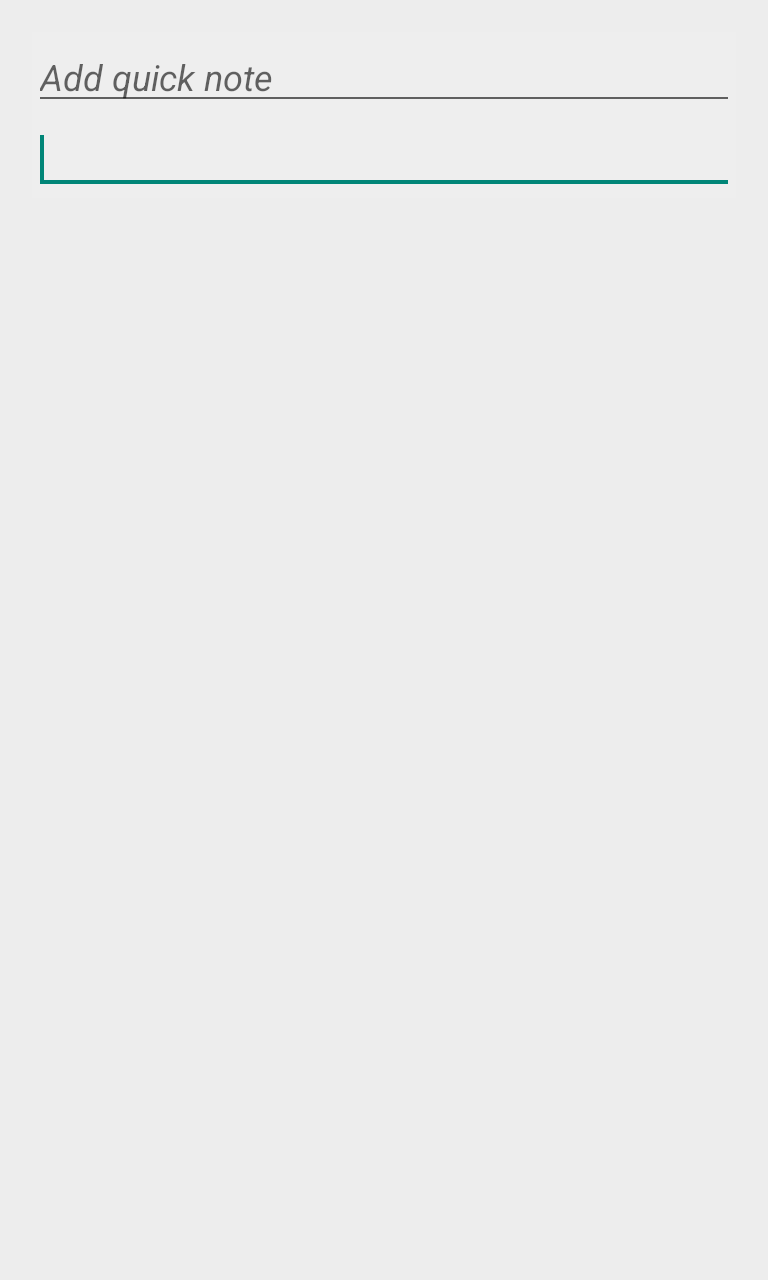
Repository: ishwormali/practices
Layout: Android/GoogleKeep/GoogleKeep/res/layout/fragment_main.xml
These files come from the project's save history. The layout is drawn as it stood at one moment and after the next save; the edit follows.
It is drawn on a 768 x 1280 px phone screen (xhdpi) without system bars, with theme Theme.Orangeboom; the app's code is not run.

Above is the layout before, as saved 2014-04-01 05:16:12.

### Android/GoogleKeep/GoogleKeep/res/layout/fragment_main.xml
<RelativeLayout xmlns:android="http://schemas.android.com/apk/res/android"
    xmlns:tools="http://schemas.android.com/tools"
    android:layout_width="match_parent"
    android:layout_height="match_parent"
    android:paddingBottom="@dimen/activity_vertical_margin"
    android:paddingLeft="@dimen/activity_horizontal_margin"
    android:paddingRight="@dimen/activity_horizontal_margin"
    android:paddingTop="@dimen/activity_vertical_margin"
    tools:context="com.practices.googlekeep.MainActivity$PlaceholderFragment"
    android:background="@color/main_background"
      >

    <LinearLayout
        android:layout_width="match_parent"
        android:layout_height="wrap_content"
        android:layout_alignParentTop="true"
        android:layout_centerHorizontal="true"
        android:background="@drawable/area_container"
        android:orientation="vertical" >

        <EditText
            android:id="@+id/text_quicknote"
            android:layout_width="match_parent"
            android:layout_height="wrap_content"
            android:ems="10"  android:hint="@string/add_quick_note" android:textColor="#F7F7F7" >

            <requestFocus />
        </EditText>
        <EditText
            android:id="@+id/text_quicknote2"
            android:layout_width="match_parent"
            android:layout_height="wrap_content"
            android:ems="10" >

            <requestFocus />
        </EditText>
    </LinearLayout>

</RelativeLayout>

### Android/GoogleKeep/GoogleKeep/res/values-v14/themes.xml
<?xml version="1.0" encoding="utf-8"?>
<!-- File created by the Android Action Bar Style Generator

     Copyright (C) 2011 The Android Open Source Project
     Copyright (C) 2012 readyState Software Ltd

     Licensed under the Apache License, Version 2.0 (the "License");
     you may not use this file except in compliance with the License.
     You may obtain a copy of the License at

          http://www.apache.org/licenses/LICENSE-2.0

     Unless required by applicable law or agreed to in writing, software
     distributed under the License is distributed on an "AS IS" BASIS,
     WITHOUT WARRANTIES OR CONDITIONS OF ANY KIND, either express or implied.
     See the License for the specific language governing permissions and
     limitations under the License.
-->

<resources xmlns:android="http://schemas.android.com/apk/res/android">

    <style name="Theme.Orangeboom" parent="@style/Theme.AppCompat.Light">
        <item name="android:actionBarItemBackground">@drawable/selectable_background_orangeboom</item>
        <item name="android:popupMenuStyle">@style/PopupMenu.Orangeboom</item>
        <item name="android:dropDownListViewStyle">@style/DropDownListView.Orangeboom</item>
        <item name="android:actionBarTabStyle">@style/ActionBarTabStyle.Orangeboom</item>
        <item name="android:actionDropDownStyle">@style/DropDownNav.Orangeboom</item>
        <item name="android:actionBarStyle">@style/ActionBar.Solid.Orangeboom</item>
        <item name="android:actionModeBackground">@drawable/cab_background_top_orangeboom</item>
        <item name="android:actionModeSplitBackground">@drawable/cab_background_bottom_orangeboom</item>
        <item name="android:actionModeCloseButtonStyle">@style/ActionButton.CloseMode.Orangeboom</item>
         <item name="actionMenuTextColor">@android:color/white</item>

    </style>

    <style name="ActionBar.Solid.Orangeboom" parent="@style/Widget.AppCompat.Light.ActionBar.Solid">
        <item name="android:background">@drawable/ab_solid_orangeboom</item>
        <item name="android:backgroundStacked">@drawable/ab_stacked_solid_orangeboom</item>
        <item name="android:backgroundSplit">@drawable/ab_bottom_solid_orangeboom</item>
        <item name="android:progressBarStyle">@style/ProgressBar.Orangeboom</item>
       <item name="android:titleTextStyle">@style/ActionBar.TextStyle.Orangeboom</item>
<!--        <item name="android:logo">@drawable/text_x_todo</item> -->
    </style>

    <style name="ActionBar.TextStyle.Orangeboom"
           parent="@style/TextAppearance.AppCompat.Widget.ActionBar.Title">
        <item name="android:textColor">@android:color/white</item>
    </style>

    <style name="ActionBar.Transparent.Orangeboom" parent="@style/Widget.AppCompat.Light.ActionBar">
        <item name="android:background">@drawable/ab_transparent_orangeboom</item>
        <item name="android:progressBarStyle">@style/ProgressBar.Orangeboom</item>
    </style>

    <!-- this style is only referenced in a Light.DarkActionBar based theme -->
    <style name="Theme.Orangeboom.Widget" parent="@style/Theme.AppCompat">
        <item name="android:popupMenuStyle">@style/PopupMenu.Orangeboom</item>
        <item name="android:dropDownListViewStyle">@style/DropDownListView.Orangeboom</item>
    </style>

</resources>

### Android/GoogleKeep/GoogleKeep/res/values/themes.xml
<?xml version="1.0" encoding="utf-8"?>
<!-- File created by the Android Action Bar Style Generator

     Copyright (C) 2011 The Android Open Source Project
     Copyright (C) 2012 readyState Software Ltd

     Licensed under the Apache License, Version 2.0 (the "License");
     you may not use this file except in compliance with the License.
     You may obtain a copy of the License at

          http://www.apache.org/licenses/LICENSE-2.0

     Unless required by applicable law or agreed to in writing, software
     distributed under the License is distributed on an "AS IS" BASIS,
     WITHOUT WARRANTIES OR CONDITIONS OF ANY KIND, either express or implied.
     See the License for the specific language governing permissions and
     limitations under the License.
-->

<resources xmlns:android="http://schemas.android.com/apk/res/android">

    <style name="Theme.Orangeboom" parent="@style/Theme.AppCompat.Light">
        <item name="actionBarItemBackground">@drawable/selectable_background_orangeboom</item>
        <item name="popupMenuStyle">@style/PopupMenu.Orangeboom</item>
        <item name="dropDownListViewStyle">@style/DropDownListView.Orangeboom</item>
        <item name="actionBarTabStyle">@style/ActionBarTabStyle.Orangeboom</item>
        <item name="actionDropDownStyle">@style/DropDownNav.Orangeboom</item>
        <item name="actionBarStyle">@style/ActionBar.Solid.Orangeboom</item>
        <item name="actionModeBackground">@drawable/cab_background_top_orangeboom</item>
        <item name="actionModeSplitBackground">@drawable/cab_background_bottom_orangeboom</item>
        <item name="actionModeCloseButtonStyle">@style/ActionButton.CloseMode.Orangeboom</item>
 <item name="actionMenuTextColor">@android:color/white</item>


    </style>

    <style name="ActionBar.Solid.Orangeboom" parent="@style/Widget.AppCompat.Light.ActionBar.Solid">
        <item name="background">@drawable/ab_solid_orangeboom</item>
        <item name="backgroundStacked">@drawable/ab_stacked_solid_orangeboom</item>
        <item name="backgroundSplit">@drawable/ab_bottom_solid_orangeboom</item>
        <item name="progressBarStyle">@style/ProgressBar.Orangeboom</item>
         <item name="titleTextStyle">@style/ActionBar.TextStyle.Orangeboom</item>
<!--          <item name="logo">@drawable/text_x_todo</item> -->
    </style>

     <style name="ActionBar.TextStyle.Orangeboom"
           parent="@style/TextAppearance.AppCompat.Widget.ActionBar.Title">
        <item name="android:textColor">@android:color/white</item>
    </style>

    <style name="ActionBar.Transparent.Orangeboom" parent="@style/Widget.AppCompat.Light.ActionBar">
        <item name="background">@drawable/ab_transparent_orangeboom</item>
        <item name="progressBarStyle">@style/ProgressBar.Orangeboom</item>
    </style>

    <style name="PopupMenu.Orangeboom" parent="@style/Widget.AppCompat.Light.PopupMenu">
        <item name="android:popupBackground">@drawable/menu_dropdown_panel_orangeboom</item>
    </style>

    <style name="DropDownListView.Orangeboom" parent="@style/Widget.AppCompat.Light.ListView.DropDown">
        <item name="android:listSelector">@drawable/selectable_background_orangeboom</item>
    </style>

    <style name="ActionBarTabStyle.Orangeboom" parent="@style/Widget.AppCompat.Light.ActionBar.TabView">
        <item name="android:background">@drawable/tab_indicator_ab_orangeboom</item>
        <item name="android:textColor">@android:color/white</item>
    </style>

    <style name="DropDownNav.Orangeboom" parent="@style/Widget.AppCompat.Light.Spinner.DropDown.ActionBar">
        <item name="android:background">@drawable/spinner_background_ab_orangeboom</item>
        <item name="android:popupBackground">@drawable/menu_dropdown_panel_orangeboom</item>
        <item name="android:dropDownSelector">@drawable/selectable_background_orangeboom</item>
    </style>

    <style name="ProgressBar.Orangeboom" parent="@style/Widget.AppCompat.ProgressBar.Horizontal">
        <item name="android:progressDrawable">@drawable/progress_horizontal_orangeboom</item>
    </style>

    <style name="ActionButton.CloseMode.Orangeboom" parent="@style/Widget.AppCompat.Light.ActionButton.CloseMode">
        <item name="android:background">@drawable/btn_cab_done_orangeboom</item>
    </style>

    <!-- this style is only referenced in a Light.DarkActionBar based theme -->
    <style name="Theme.Orangeboom.Widget" parent="@style/Theme.AppCompat">
        <item name="popupMenuStyle">@style/PopupMenu.Orangeboom</item>
        <item name="dropDownListViewStyle">@style/DropDownListView.Orangeboom</item>
    </style>

</resources>

### Android/GoogleKeep/GoogleKeep/res/drawable/selectable_background_orangeboom.xml
<?xml version="1.0" encoding="utf-8"?>
<!-- File created by the Android Action Bar Style Generator

     Copyright (C) 2011 The Android Open Source Project
     Copyright (C) 2012 readyState Software Ltd

     Licensed under the Apache License, Version 2.0 (the "License");
     you may not use this file except in compliance with the License.
     You may obtain a copy of the License at

          http://www.apache.org/licenses/LICENSE-2.0

     Unless required by applicable law or agreed to in writing, software
     distributed under the License is distributed on an "AS IS" BASIS,
     WITHOUT WARRANTIES OR CONDITIONS OF ANY KIND, either express or implied.
     See the License for the specific language governing permissions and
     limitations under the License.
-->

<selector xmlns:android="http://schemas.android.com/apk/res/android"
        android:exitFadeDuration="@android:integer/config_mediumAnimTime" >
    <item android:state_pressed="false" android:state_focused="true" android:drawable="@drawable/list_focused_orangeboom" />
    <item android:state_pressed="true" android:drawable="@drawable/list_pressed_orangeboom" />
    <item android:drawable="@android:color/transparent" />
</selector>

### Android/GoogleKeep/GoogleKeep/res/drawable/btn_cab_done_orangeboom.xml
<?xml version="1.0" encoding="utf-8"?>
<!-- File created by the Android Action Bar Style Generator

     Copyright (C) 2011 The Android Open Source Project
     Copyright (C) 2012 readyState Software Ltd

     Licensed under the Apache License, Version 2.0 (the "License");
     you may not use this file except in compliance with the License.
     You may obtain a copy of the License at

          http://www.apache.org/licenses/LICENSE-2.0

     Unless required by applicable law or agreed to in writing, software
     distributed under the License is distributed on an "AS IS" BASIS,
     WITHOUT WARRANTIES OR CONDITIONS OF ANY KIND, either express or implied.
     See the License for the specific language governing permissions and
     limitations under the License.
-->

<selector xmlns:android="http://schemas.android.com/apk/res/android">
    <item android:state_pressed="true"
        android:drawable="@drawable/btn_cab_done_pressed_orangeboom" />
    <item android:state_focused="true" android:state_enabled="true"
        android:drawable="@drawable/btn_cab_done_focused_orangeboom" />
    <item android:state_enabled="true"
        android:drawable="@drawable/btn_cab_done_default_orangeboom" />
</selector>

### Android/GoogleKeep/GoogleKeep/res/drawable/progress_horizontal_orangeboom.xml
<?xml version="1.0" encoding="utf-8"?>
<!-- File created by the Android Action Bar Style Generator

     Copyright (C) 2011 The Android Open Source Project
     Copyright (C) 2012 readyState Software Ltd

     Licensed under the Apache License, Version 2.0 (the "License");
     you may not use this file except in compliance with the License.
     You may obtain a copy of the License at

          http://www.apache.org/licenses/LICENSE-2.0

     Unless required by applicable law or agreed to in writing, software
     distributed under the License is distributed on an "AS IS" BASIS,
     WITHOUT WARRANTIES OR CONDITIONS OF ANY KIND, either express or implied.
     See the License for the specific language governing permissions and
     limitations under the License.
-->

<layer-list xmlns:android="http://schemas.android.com/apk/res/android">

    <item android:id="@android:id/background"
          android:drawable="@drawable/progress_bg_orangeboom" />

    <item android:id="@android:id/secondaryProgress">
        <scale android:scaleWidth="100%"
               android:drawable="@drawable/progress_secondary_orangeboom" />
    </item>

    <item android:id="@android:id/progress">
        <scale android:scaleWidth="100%"
               android:drawable="@drawable/progress_primary_orangeboom" />
    </item>

</layer-list>

### Android/GoogleKeep/GoogleKeep/res/drawable/spinner_background_ab_orangeboom.xml
<?xml version="1.0" encoding="utf-8"?>
<!-- File created by the Android Action Bar Style Generator

     Copyright (C) 2011 The Android Open Source Project
     Copyright (C) 2012 readyState Software Ltd

     Licensed under the Apache License, Version 2.0 (the "License");
     you may not use this file except in compliance with the License.
     You may obtain a copy of the License at

          http://www.apache.org/licenses/LICENSE-2.0

     Unless required by applicable law or agreed to in writing, software
     distributed under the License is distributed on an "AS IS" BASIS,
     WITHOUT WARRANTIES OR CONDITIONS OF ANY KIND, either express or implied.
     See the License for the specific language governing permissions and
     limitations under the License.
-->

<selector xmlns:android="http://schemas.android.com/apk/res/android">
    <item android:state_enabled="false"
        android:drawable="@drawable/spinner_ab_disabled_orangeboom" />
    <item android:state_pressed="true"
        android:drawable="@drawable/spinner_ab_pressed_orangeboom" />
    <item android:state_pressed="false" android:state_focused="true"
        android:drawable="@drawable/spinner_ab_focused_orangeboom" />
    <item android:drawable="@drawable/spinner_ab_default_orangeboom" />
</selector>

### Android/GoogleKeep/GoogleKeep/res/drawable/tab_indicator_ab_orangeboom.xml
<?xml version="1.0" encoding="utf-8"?>
<!-- File created by the Android Action Bar Style Generator

     Copyright (C) 2011 The Android Open Source Project
     Copyright (C) 2012 readyState Software Ltd

     Licensed under the Apache License, Version 2.0 (the "License");
     you may not use this file except in compliance with the License.
     You may obtain a copy of the License at

          http://www.apache.org/licenses/LICENSE-2.0

     Unless required by applicable law or agreed to in writing, software
     distributed under the License is distributed on an "AS IS" BASIS,
     WITHOUT WARRANTIES OR CONDITIONS OF ANY KIND, either express or implied.
     See the License for the specific language governing permissions and
     limitations under the License.
-->

<selector xmlns:android="http://schemas.android.com/apk/res/android">
    <!-- Non focused states -->
    <item android:state_focused="false" android:state_selected="false" android:state_pressed="false" android:drawable="@android:color/transparent" />
    <item android:state_focused="false" android:state_selected="true"  android:state_pressed="false" android:drawable="@drawable/tab_selected_orangeboom" />

    <!-- Focused states -->
    <item android:state_focused="true" android:state_selected="false" android:state_pressed="false" android:drawable="@drawable/tab_unselected_focused_orangeboom" />
    <item android:state_focused="true" android:state_selected="true"  android:state_pressed="false" android:drawable="@drawable/tab_selected_focused_orangeboom" />

    <!-- Pressed -->
    <!--    Non focused states -->
    <item android:state_focused="false" android:state_selected="false" android:state_pressed="true" android:drawable="@drawable/tab_unselected_pressed_orangeboom" />
    <item android:state_focused="false" android:state_selected="true"  android:state_pressed="true" android:drawable="@drawable/tab_selected_pressed_orangeboom" />

    <!--    Focused states -->
    <item android:state_focused="true" android:state_selected="false" android:state_pressed="true" android:drawable="@drawable/tab_unselected_pressed_orangeboom" />
    <item android:state_focused="true" android:state_selected="true"  android:state_pressed="true" android:drawable="@drawable/tab_selected_pressed_orangeboom" />
</selector>

### Android/GoogleKeep/GoogleKeep/res/values/dimens.xml
<resources>

    <!-- Default screen margins, per the Android Design guidelines. -->
    <dimen name="activity_horizontal_margin">16dp</dimen>
    <dimen name="activity_vertical_margin">16dp</dimen>

</resources>

### Android/GoogleKeep/GoogleKeep/res/values/Color.xml
<?xml version="1.0" encoding="utf-8"?>
<resources>
    <color name="main_background">#EDEDED</color>
    <color name="area_container_background">#FFFFFFF</color>

</resources>

### Android/GoogleKeep/GoogleKeep/res/drawable/area_container.xml
<?xml version="1.0" encoding="utf-8"?>
<shape xmlns:android="http://schemas.android.com/apk/res/android"

    >
    <solid android:color="@color/area_container_background"/>

</shape>

### Android/GoogleKeep/GoogleKeep/res/values/strings.xml
<?xml version="1.0" encoding="utf-8"?>
<resources>

    <string name="app_name">GoogleKeep</string>
    <string name="hello_world">Hello world!</string>
    <string name="action_settings">Settings</string>
	<string name="add_quick_note"><i>Add quick note</i></string>
</resources>

Loaded but not shown: Android/GoogleKeep/GoogleKeep/res/values-w820dp/dimens.xml (common file)

After the next save:
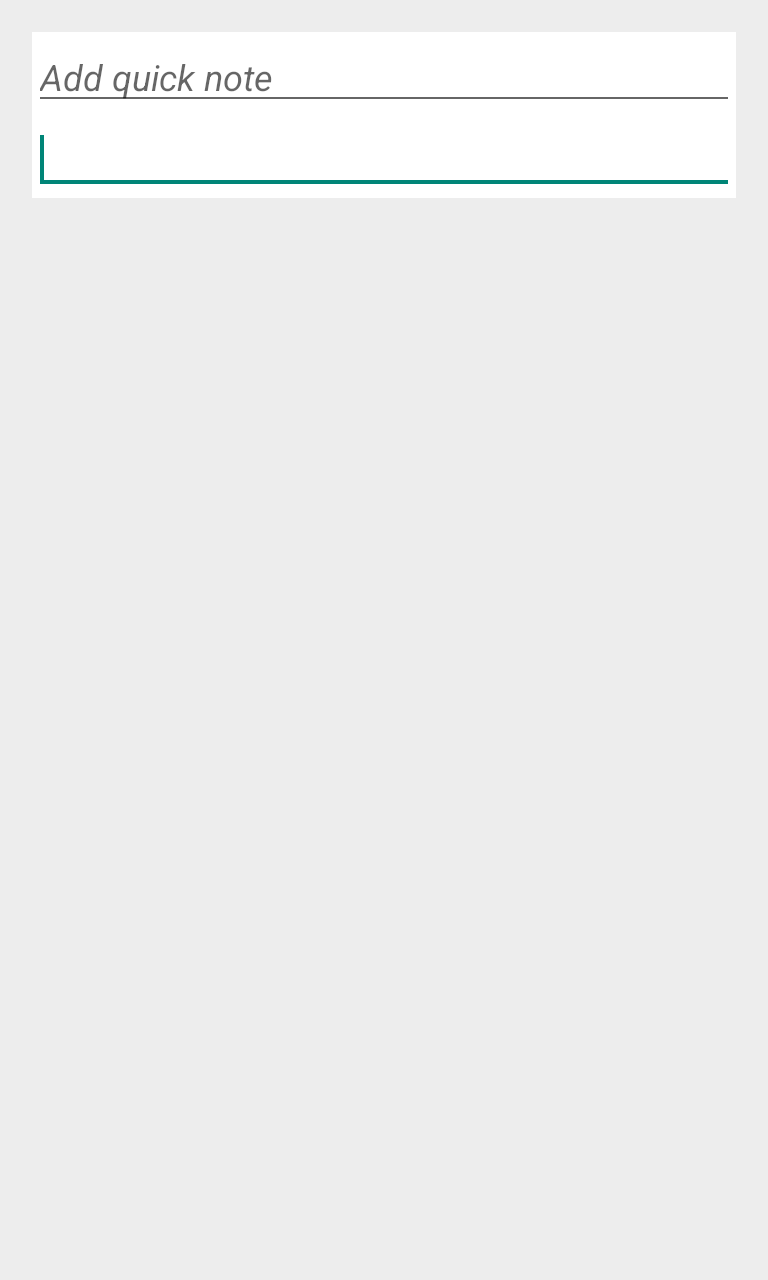
Saved 16 s later.
--- a/Android/GoogleKeep/GoogleKeep/res/values/Color.xml
+++ b/Android/GoogleKeep/GoogleKeep/res/values/Color.xml
@@ -1,6 +1,6 @@
 <?xml version="1.0" encoding="utf-8"?>
 <resources>
     <color name="main_background">#EDEDED</color>
-    <color name="area_container_background">#FFFFFFF</color>
+    <color name="area_container_background">#FFFFFF</color>
 
 </resources>
